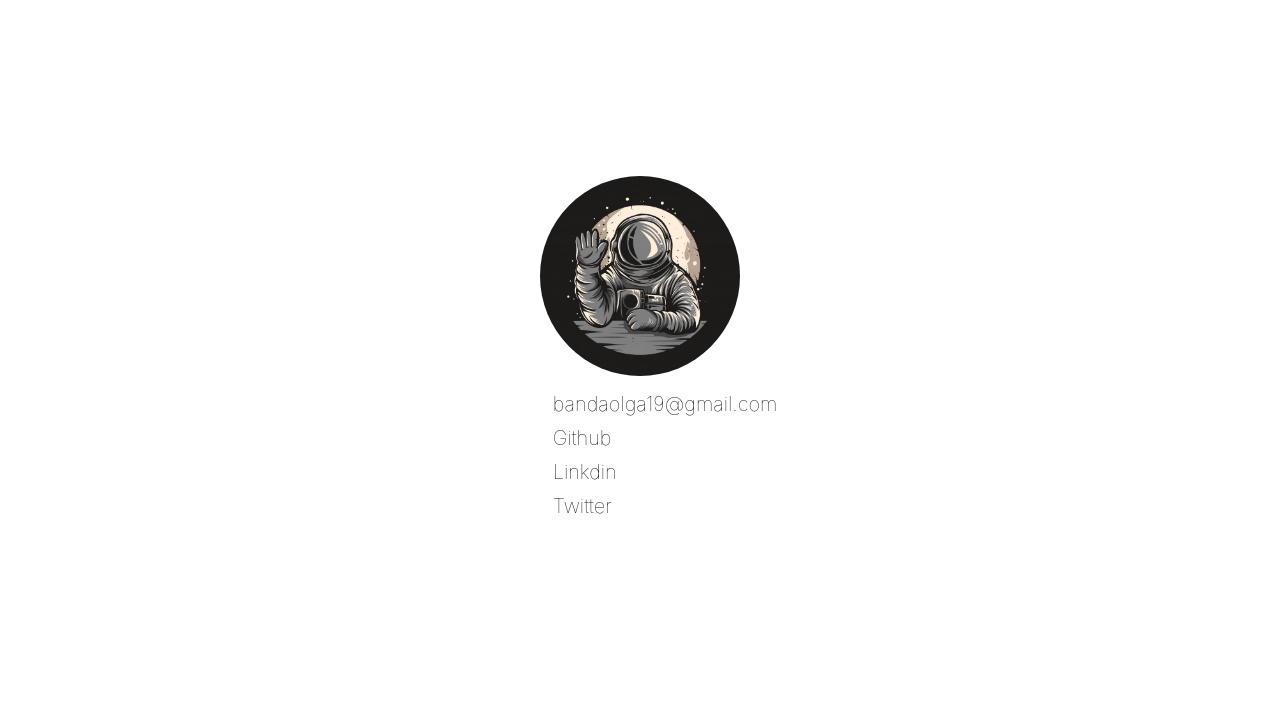
Repository: G1ft-Banda/My-portfolio-Website
Page: /
The author's editor kept a copy of each file at every save. The page is drawn from the files as they stood at one save, then again after the next save.
The browser window is 1280 px wide. The pictures show the whole page.
The project was rebuilt for these pictures with package versions that can differ from the ones it lists, and the page was loaded fresh each time. The framework's server and built-in components were replaced by stand-ins that run in the browser. Also part of the build but not shown: next.config.js.

Above is the page before, as saved 2022-09-29 11:01:40.

After the next save:
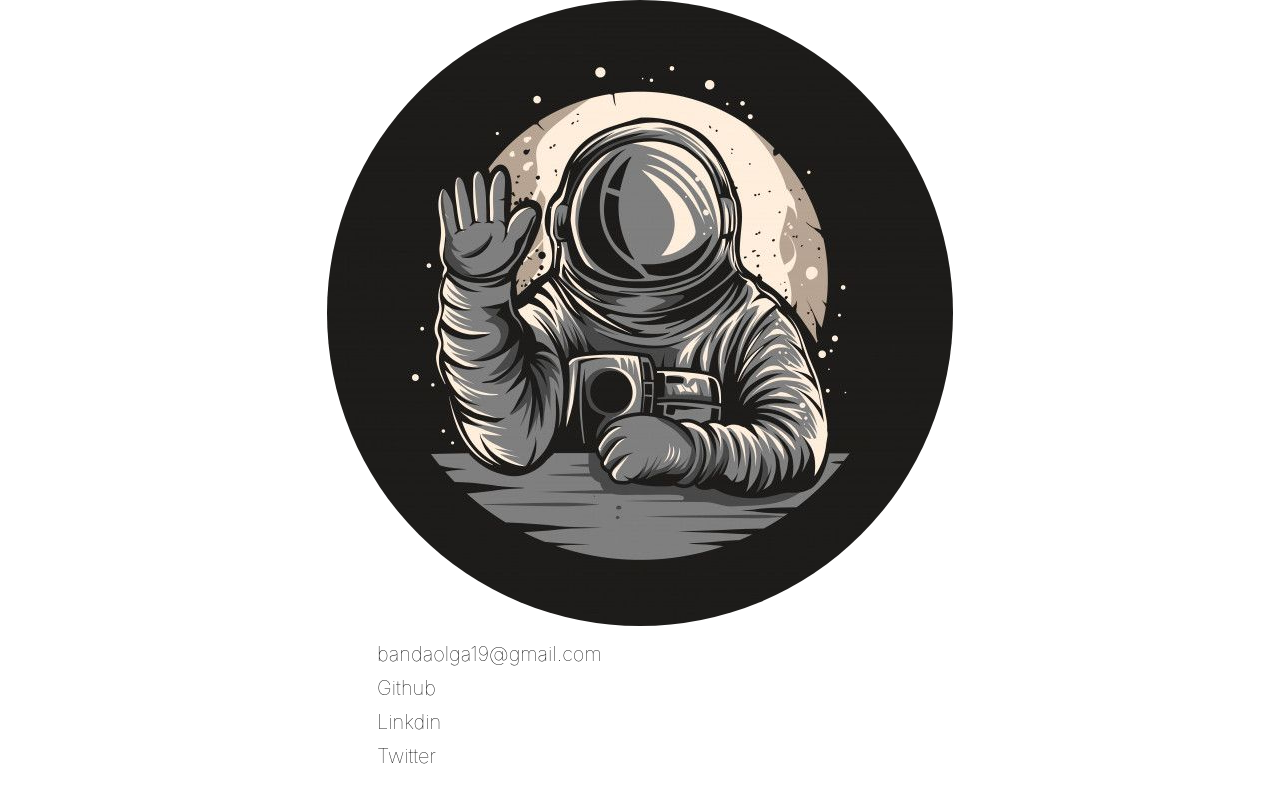
Saved 17 s later.
--- a/pages/index.js
+++ b/pages/index.js
@@ -10,7 +10,7 @@
         <link rel="icon" href="/favicon.ico" />
       </Head>
       <main>
-        <img className="avatar" src="/astronaut.jpg" width={200} height={200} />
+        <img className="avatar" src="/astronaut.jpg" />
         <ul>
           <li className="social-links">
             <i class="fa-solid fa-envelope"></i>

After the save that followed:
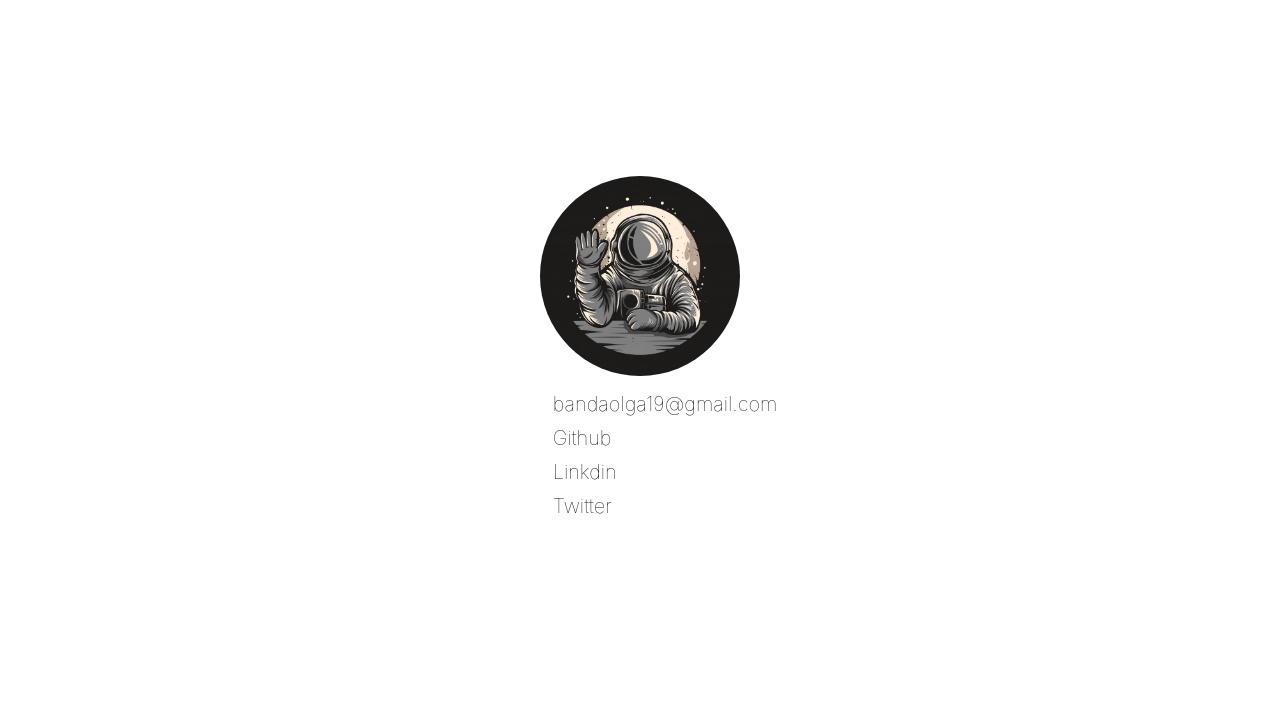
Saved 4 s later.
--- a/pages/index.js
+++ b/pages/index.js
@@ -10,7 +10,7 @@
         <link rel="icon" href="/favicon.ico" />
       </Head>
       <main>
-        <img className="avatar" src="/astronaut.jpg" />
+        <img className="avatar" src="/astronaut.jpg" width={200} height={200} />
         <ul>
           <li className="social-links">
             <i class="fa-solid fa-envelope"></i>
